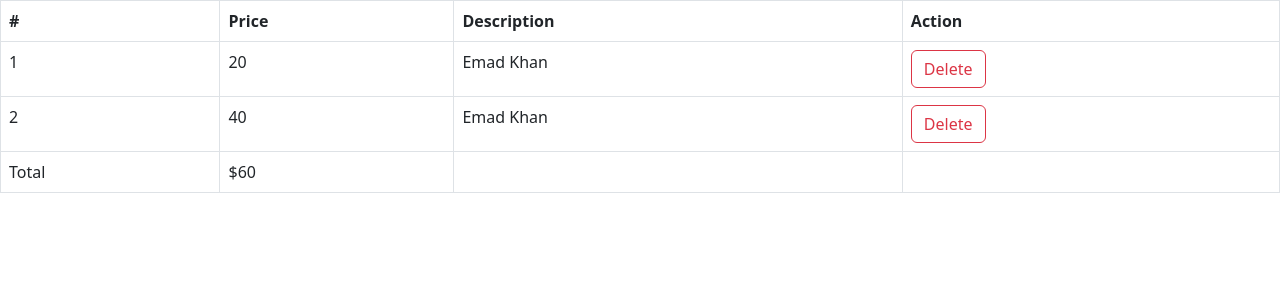
Repository: Emadkhanqai/react-app-code-with-mosh-expense-tracker
Page: /
The author's editor kept a copy of each file at every save. The page is drawn from the files as they stood at one save, then again after the next save.
The browser window is 1280 px wide. The pictures show the whole page.
The project was rebuilt for these pictures with package versions that can differ from the ones it lists, and the page was loaded fresh each time. Also part of the build but not shown: vite.config.ts.

Above is the page before, as saved 2023-05-01 21:34:07.

### src/App.tsx
import { useState } from "react";
import Alert from "./components/Alert";
import ListGroup from "./ListGroup";
import ExpenseList, { Expense } from "./expense-tracker/expense-list";

function App() {
  const expenses: Expense[] = [
    {
      id: 1,
      description: "Emad Khan",
      price: 20,
    },
    {
      id: 2,
      description: "Emad Khan",
      price: 40,
    },
  ];
  return (
    <>
      <ExpenseList
        expenses={expenses}
        handleDelete={(y: number) => expenses.filter((i) => i.id !== y)}
      ></ExpenseList>
    </>
  );
}

export default App;

### src/expense-tracker/expense-list.tsx
import React from "react";

export interface Expense {
  id: number;
  price: number;
  description: string;
}
interface Props {
  expenses: Expense[];
  handleDelete: (id: number) => void;
}

const ExpenseList = ({ expenses, handleDelete }: Props) => {
  return (
    <>
      <table className="table table-bordered">
        <thead>
          <tr>
            <th>#</th>
            <th>Price</th>
            <th>Description</th>
            <th>Action</th>
          </tr>
        </thead>
        <tbody>
          {expenses.map((expense) => (
            <tr>
              <td>{expense.id}</td>
              <td>{expense.price}</td>
              <td>{expense.description}</td>
              <td>
                <button
                  className="btn btn-outline-danger"
                  onClick={() => handleDelete(expense.id)}
                >
                  Delete
                </button>
              </td>
            </tr>
          ))}
        </tbody>
        <tfoot>
          <tr>
            <td>Total</td>
            <td>${expenses.reduce((acc, exp) => acc + exp.price, 0)}</td>
            <td></td>
            <td></td>
          </tr>
        </tfoot>
      </table>
    </>
  );
};

export default ExpenseList;

Loaded but not shown: index.html (common file); src/main.tsx (common file)

After the next save:
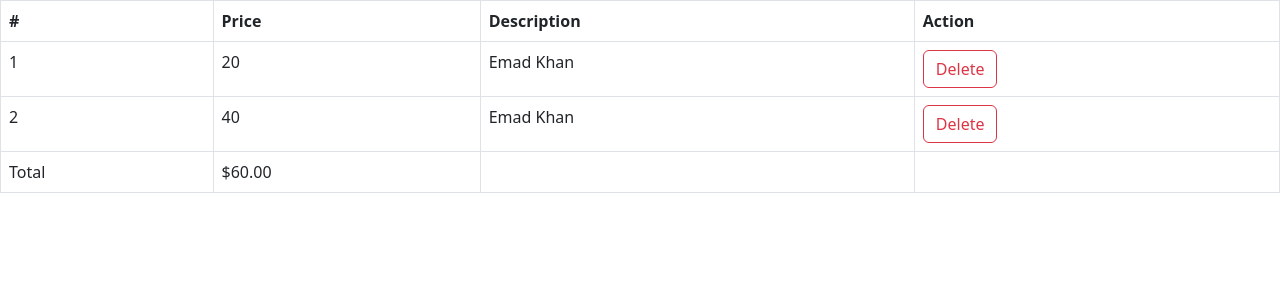
Saved 17 s later.
--- a/src/expense-tracker/expense-list.tsx
+++ b/src/expense-tracker/expense-list.tsx
@@ -42,7 +42,7 @@ const ExpenseList = ({ expenses, handleDelete }: Props) => {
         <tfoot>
           <tr>
             <td>Total</td>
-            <td>${expenses.reduce((acc, exp) => acc + exp.price, 0)}</td>
+            <td>${expenses.reduce((acc, exp) => acc + exp.price, 0).toFixed(2)}</td>
             <td></td>
             <td></td>
           </tr>
